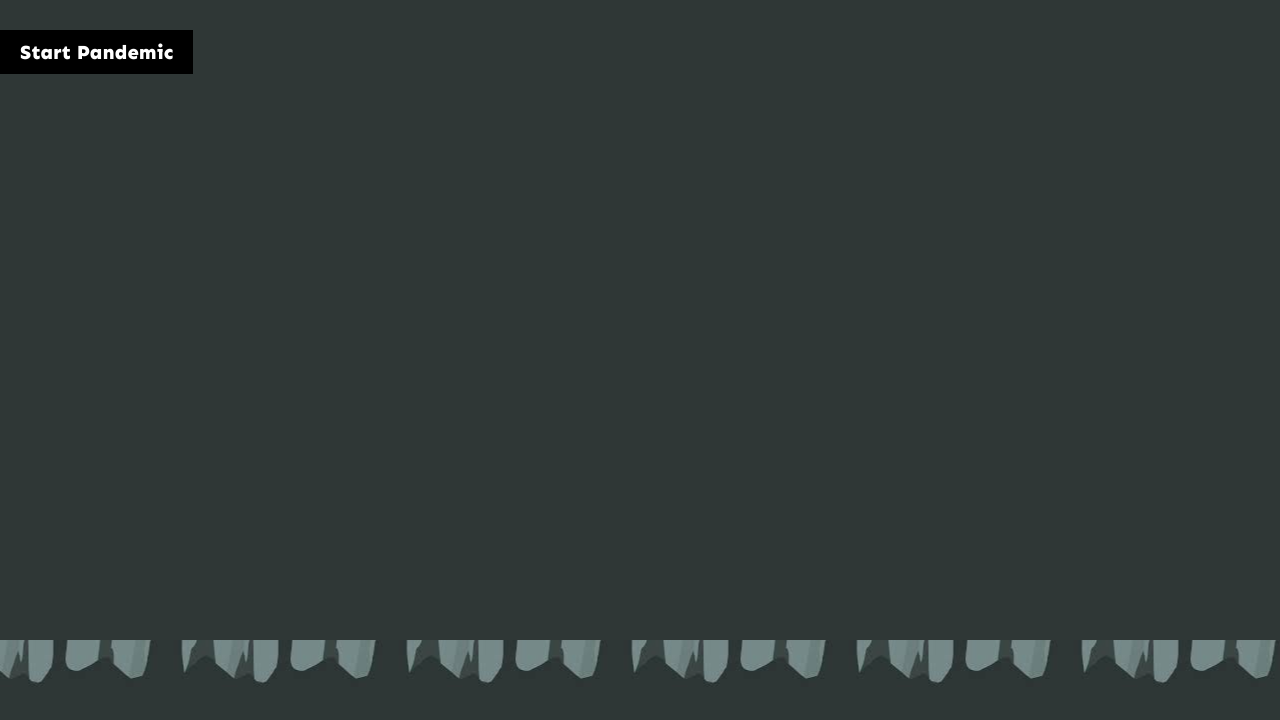
Repository: mindfoo/project-game
Page: index.html
The author's editor kept a copy of each file at every save. The page is drawn from the files as they stood at one save, then again after the next save.
The browser window is 1280 px wide. The pictures show the whole page.

Above is the page before, as saved 2020-03-25 20:46:27.

After the next save:
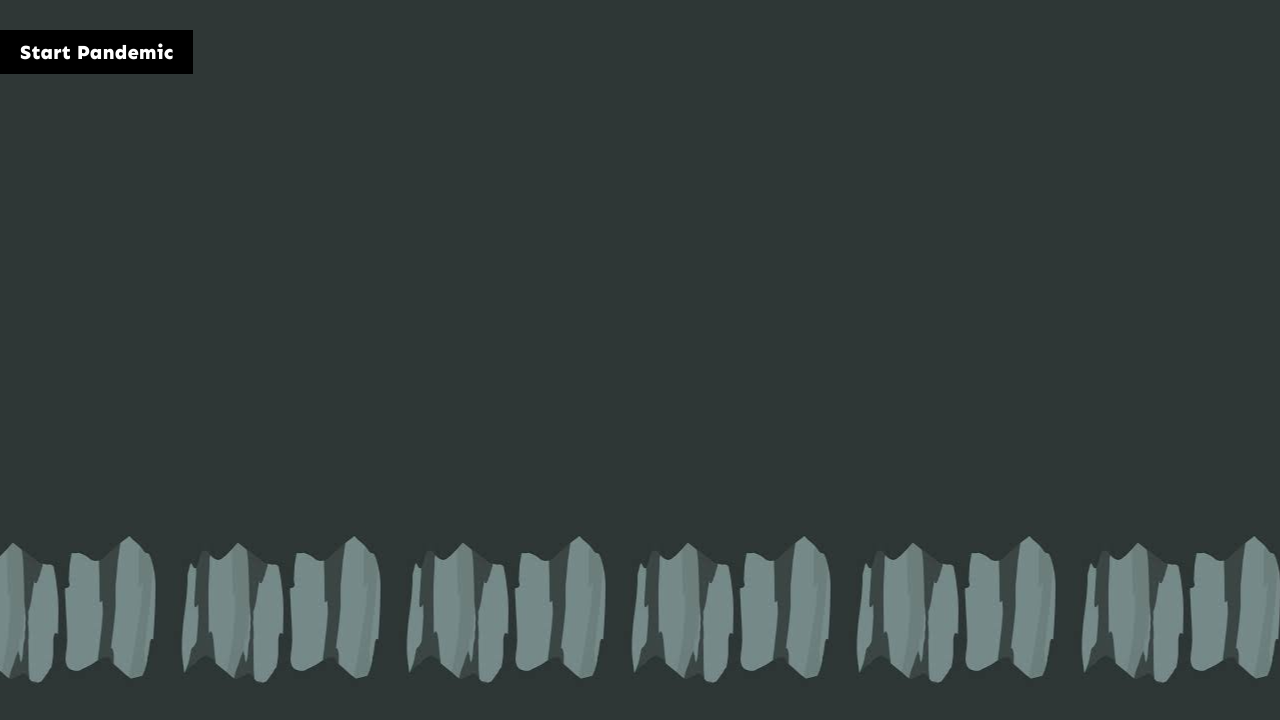
Saved 28 s later.
--- a/styles/style.css
+++ b/styles/style.css
@@ -14,7 +14,6 @@ canvas{
   z-index: 1;
   background: #2f3736;
   z-index: 1;
-  width: 100vw;
 }
 
 body > * {
